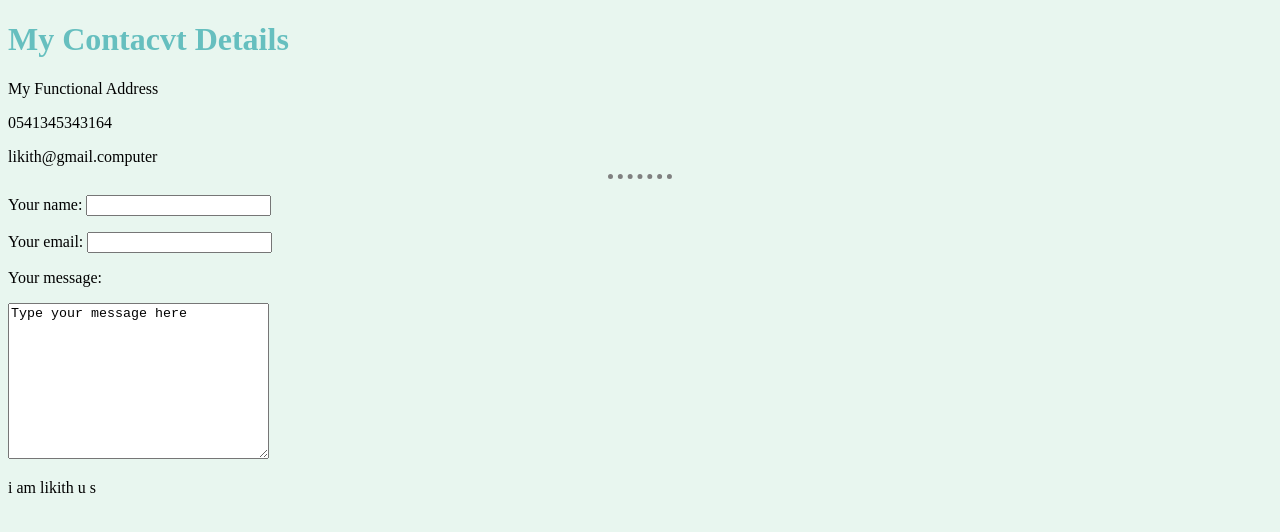
Repository: likithus22/MyCV-v1
Page: contact.html
These files come from the project's save history. The page is drawn as it stood at one moment and after the next save; the edit follows.
The browser window is 1280 px wide. The pictures show the whole page.

Above is the page before, as saved 2022-01-22 11:32:57.

### contact.html
<!DOCTYPE html>
<html lang="en">

<head>
    <meta charset="UTF-8">
    <meta http-equiv="X-UA-Compatible" content="IE=edge">
    <meta name="viewport" content="width=device-width, initial-scale=1.0">
    <link rel="stylesheet" href="cv.css">
    <title>Document</title>
</head>

<body>
    <h1>My Contacvt Details</h1>
    <p>My Functional Address </p>
    <p>0541345343164</p>
    likith@gmail.computer
    <hr>
    <p>Your name: <input type="text" name="name" id="name"></p>
    <p>Your email: <input type="email" name="email" id="email"></p>
    <p>Your message:</p>
    <textarea name="message" id="message" cols="30" rows="10">Type your message here</textarea>

    <p>i am likith u s</p>


</body>

</html>

### cv.css
body
{
    background-color: #E8F6EF;
}

hr
{
    border-style: dotted none none none;
    border-width: 5px;
    border-color: grey;
    width: 5%;
}

h2,h3,h1
{
    color: #66bfbf;
}

.en
{
    color: black;
}

After the next save:
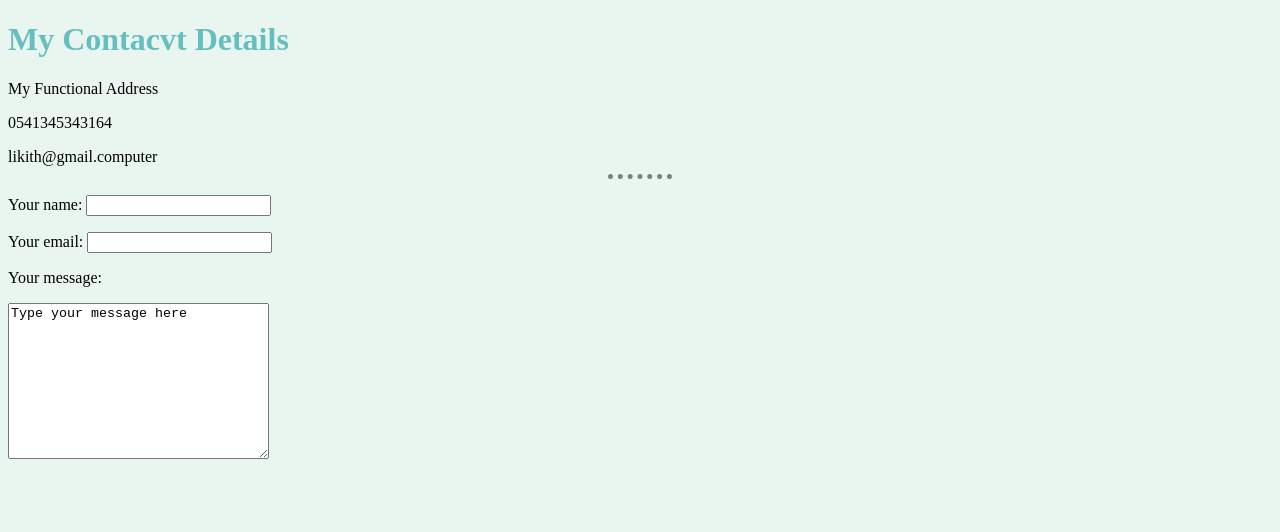
Saved 3 h 48 min later.
--- a/contact.html
+++ b/contact.html
@@ -20,7 +20,7 @@
     <p>Your message:</p>
     <textarea name="message" id="message" cols="30" rows="10">Type your message here</textarea>
 
-    <p>i am likith u s</p>
+
 
 
 </body>
